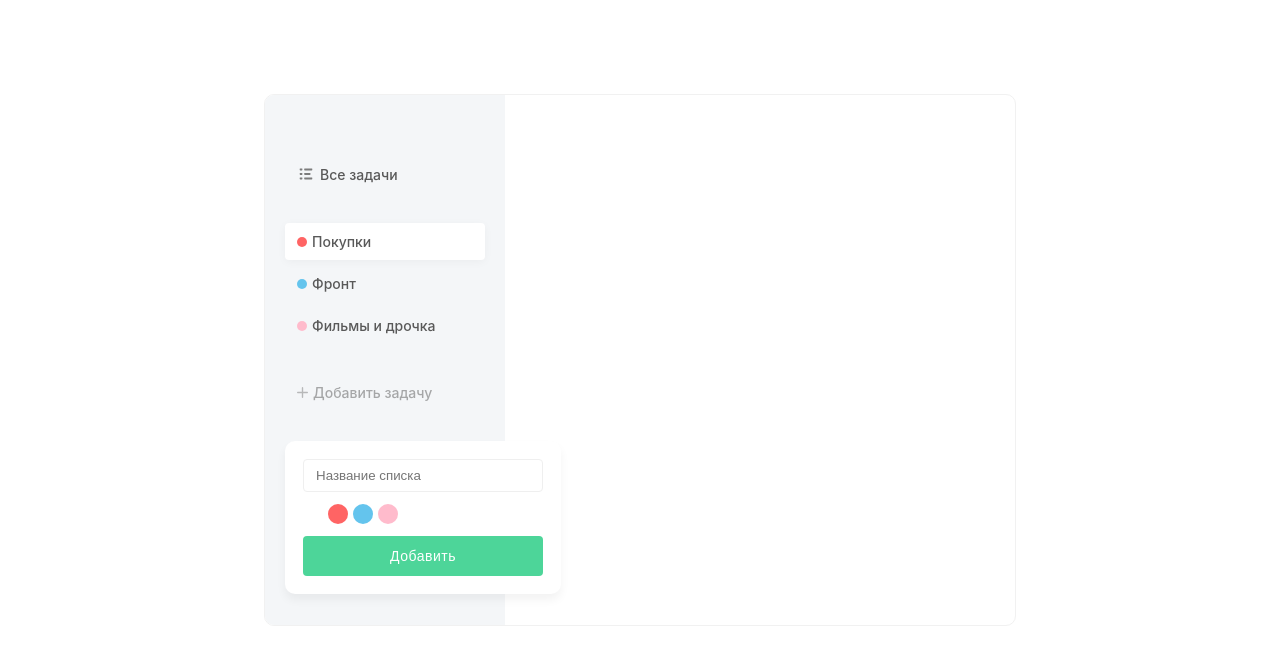
Repository: AzimAzimov/Todo
Page: /
These files come from the project's save history. The page is drawn as it stood at one moment and after the next save; the edit follows.
The browser window is 1280 px wide. The pictures show the whole page.
The project was rebuilt for these pictures with package versions that can differ from the ones it lists, and the page was loaded fresh each time.

Above is the page before, as saved 2023-02-19 15:45:26.

After the next save:
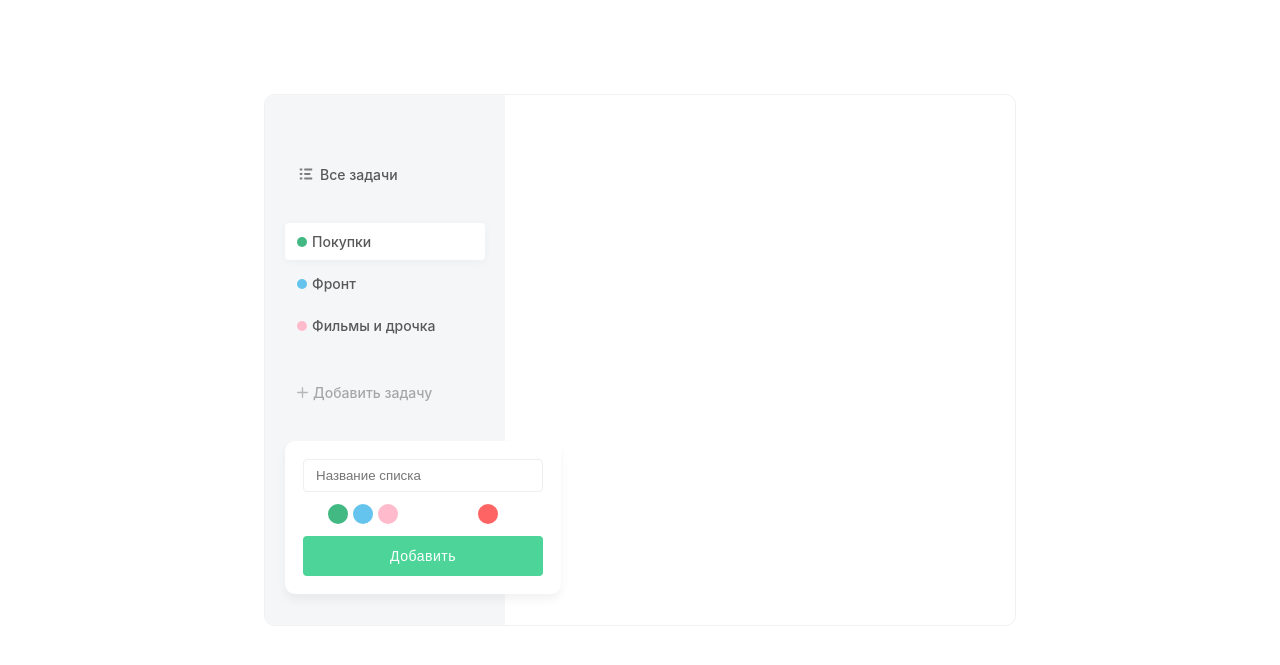
Saved 4 s later.
--- a/src/components/badge/Barge.scss
+++ b/src/components/badge/Barge.scss
@@ -16,7 +16,7 @@
       background-color: #FFBBCC;
     }
 
-    &__green {
+    &__red {
       background-color: #FF6464;
     }
 
